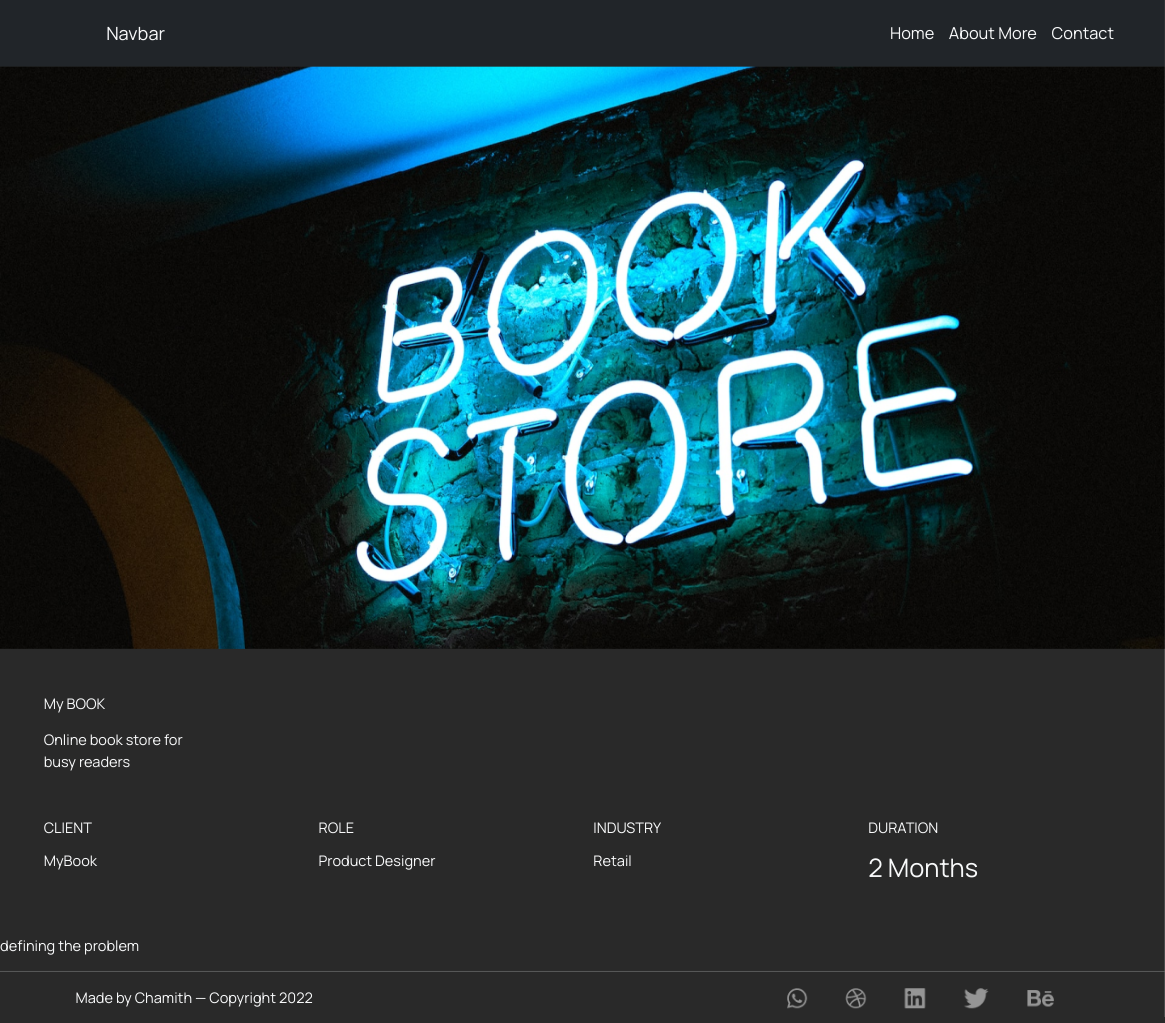
Repository: Realchamithweb/chamith-html
Page: work.html
An editor plug-in stored every save of this project. The page is shown before and after a run of saves, followed by the edit.
The browser window is 1280 px wide. The pictures show the whole page, at 91% of full size.

Above is the page before, as saved 2023-01-24 07:18:27.

After the next 3 saves:
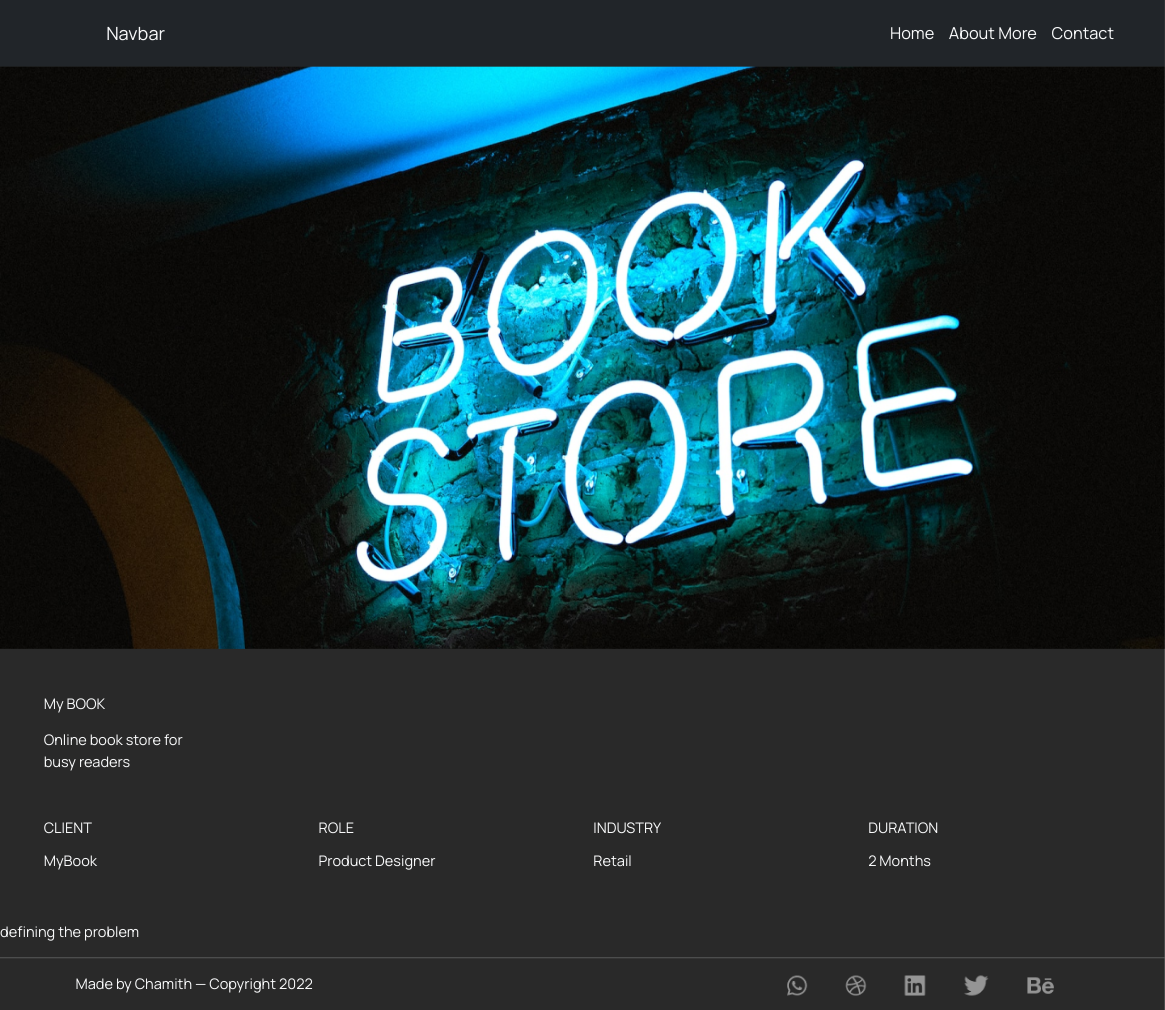
The 3 saves are shown as one change because they came seconds apart.
The last was saved 9 s later.
--- a/work.html
+++ b/work.html
@@ -64,7 +64,7 @@
                         </div>
                         <div class="col-lg-3 text-light">
                             <p>DURATION</p>
-                            <h3>2 Months</h3>
+                            <h6>2 Months</h6>
                         </div>
                 </div>
             </section>
